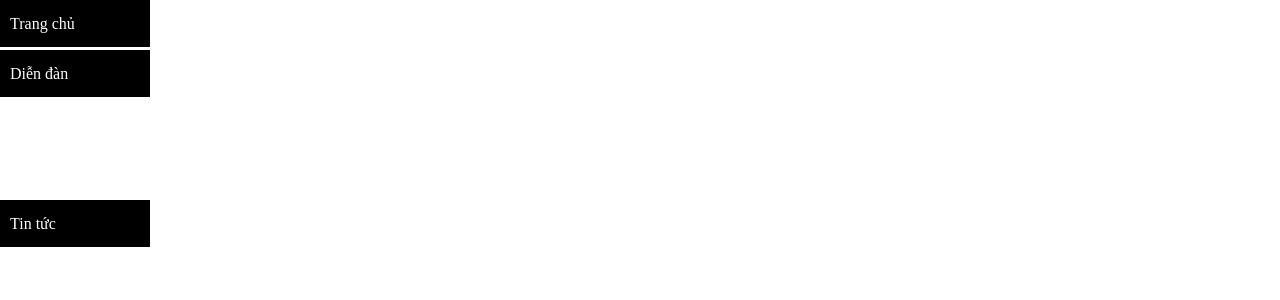
Repository: Tan-Khang21/TH_TKW--Buoi_08
Page: Bai_Tap_Tren_Lop/Bai_02_main/Bai_02_main.html
An editor plug-in stored every save of this project. The page is shown before and after the next save, followed by the edit.
The browser window is 1280 px wide. The pictures show the whole page.

Above is the page before, as saved 2024-03-13 15:12:20.

### Bai_Tap_Tren_Lop/Bai_02_main/Bai_02_main.html
<!DOCTYPE html>
<html lang="en">
  <head>
    <meta charset="UTF-8" />
    <meta name="viewport" content="width=device-width, initial-scale=1.0" />
    <title>Document</title>
  </head>
  <link rel="stylesheet" href="style.css" />
  <body>
    <nav>
      <ul class="list1">
        <li class="list1_item"><a href="#">Trang chủ</a></li>
        <li style="display: flex" class="list1_item">
          <a href="#">Diễn đàn</a>
          <ul style="display: flex; flex-direction: column" class="list2">
            <li class="list2_item"><a href="#">Sinh viên Hufi</a></li>
            <li style="display: flex" class="list2_item">
              <a href="#"> Sinh viên CNTT</a>
              <ul style="display: flex; flex-direction: column" class="list3">
                <li class="list3_item"><a href="#">Khóa 09DHTH</a></li>
                <li class="list3_item"><a href="#">Khóa 10DHTH</a></li>
              </ul>
            </li>
          </ul>
        </li>
        <li style="display: flex" class="list1_item">
          <a href="#"> Tin tức</a>
          <ul style="display: flex; flex-direction: column" class="list2">
            <li class="list2_item"><a href="#">Học vụ</a></li>
            <li class="list2_item"><a href="#">Điểm rèn luyện</a></li>
            <li class="list2_item"><a href="#">Đoàn thể</a></li>
            <li class="list2_item"><a href="#">Sinh hoạt ngoại khóa</a></li>
          </ul>
        </li>
      </ul>
    </nav>
  </body>
</html>

### Bai_Tap_Tren_Lop/Bai_02_main/style.css
* {
  box-sizing: border-box;
  margin: 0;
  padding: 0;
}
ul {
  list-style: none;
}
.list2,
.list3 {
  display: flex;
}
.list1_item > a {
  width: 150px;
  height: 50px;
  background-color: black;
  color: white;
  border-bottom: 3px solid #fff;
  transition: 0.5s linear; /* Sửa đổi đơn vị thời gian */
  display: inline-block;
  text-decoration: none;
  display: flex;
  align-items: center;
  padding-left: 10px;
}
.list2_item > a,
.list3_item > a {
  width: 150px;
  height: 50px;
  background-color: #808080;
  color: white;
  transition: 0.5s linear; /* Sửa đổi đơn vị thời gian */
  border-bottom: 3px solid #fff;
  display: inline-block;
  text-decoration: none;
  display: flex;
  align-items: center;
  padding-left: 10px;
}
.list2_item,
.list3_item {
  visibility: hidden;
  /* position: absolute; */
}
.list1_item:hover > .list2_item {
  visibility: visible;
}

After the next save:
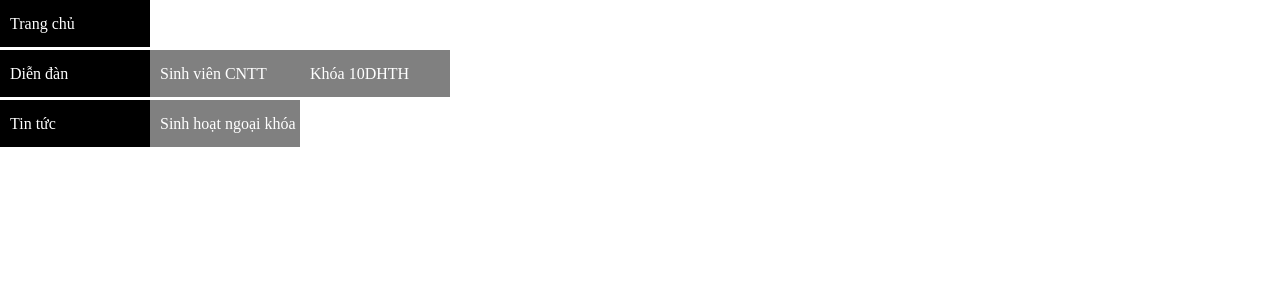
Saved 8 s later.
--- a/Bai_Tap_Tren_Lop/Bai_02_main/style.css
+++ b/Bai_Tap_Tren_Lop/Bai_02_main/style.css
@@ -39,8 +39,8 @@ ul {
 }
 .list2_item,
 .list3_item {
-  visibility: hidden;
-  /* position: absolute; */
+  /* visibility: hidden; */
+  position: absolute;
 }
 .list1_item:hover > .list2_item {
   visibility: visible;
